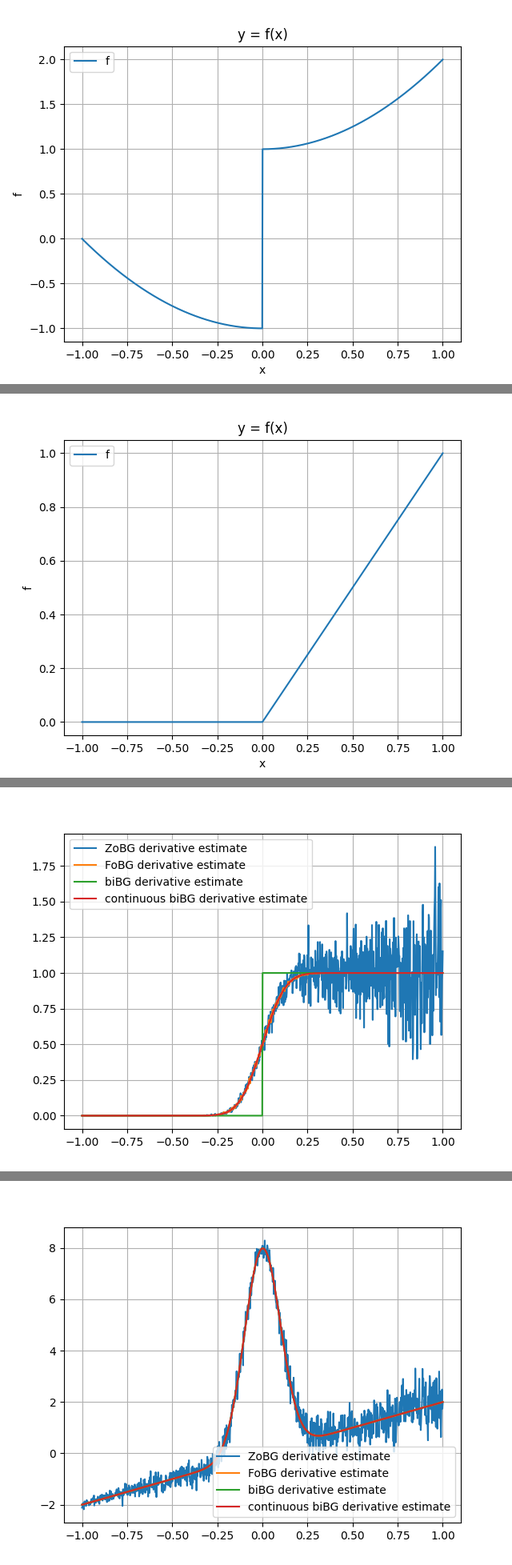
Repository: oomcth/Gradient-smoothing
Script's output: python test.py
An editor plug-in stored every save of this project. The script's output is shown before and after the next save, followed by the edit.
The pictures are shown at 80% of full size.
Each picture stacks the figures in order, with grey between them; figures that are only written to a file come last. Random numbers start from a fixed seed.

Above is the script's output before, as saved 2025-11-23 12:40:38.

### test.py
import numpy as np
import matplotlib.pyplot as plt
from scipy.stats import norm

rng = np.random.default_rng()
sigma = 0.1
t = 0.1
M = 1000


def coulomb_friction(x):
    return x**2 + (-1 if x < 0 else 1)


def smoothed_coulomb_friction(x, t):
    assert t > 0
    return x**2 + (-1 if x < -t / 2 else 1 if x > t / 2 else 2 * x / t)


def ReLU(x):
    return np.maximum(x, 0)


def visualize(f):
    xs = np.linspace(-1, 1, 1000)
    y = np.array([f(x) for x in xs])

    plt.plot(xs, y, label="f")

    plt.legend()
    plt.xlabel("x")
    plt.ylabel("f")
    plt.title("y = f(x)")
    plt.grid(True)
    plt.show()


def gaussian_pdf(x, mu=0.0, sigma=1.0):
    return 1.0 / (np.sqrt(2 * np.pi) * sigma) * np.exp(-0.5 * ((x - mu) / sigma) ** 2)


def gaussian_cdf(x, mu=0.0, sigma=1.0):
    return norm.cdf(x, loc=mu, scale=sigma)


def zo_gradient(f, x, M=100):
    x = np.array([x], dtype=np.float64)
    omegas = np.random.normal(loc=0, scale=sigma, size=M)
    xs = x + omegas
    fx = np.array([f(xi) for xi in xs])
    glp = -omegas / (sigma**2)
    return -(fx * glp).sum(axis=0) / M


def fo_gradient(f, x, M=100):
    x = np.array([x], dtype=np.float64)
    omegas = np.random.normal(loc=0, scale=sigma, size=M)
    xs = x + omegas
    if f == coulomb_friction:
        grads = 2 * xs
        return grads.mean() + 2 * gaussian_pdf(-x, mu=0, sigma=sigma)
    elif f == ReLU:
        grads = xs >= 0
        return grads.mean()


def bi_gradient(f, x, M=100):
    x = np.array([x], dtype=np.float64)
    if f == coulomb_friction:
        grads = 2 * x
        return grads.mean() + 2 * gaussian_pdf(-x, mu=0, sigma=sigma)
    elif f == ReLU:
        grads = x >= 0
        return grads.mean()


def continuous_bi_gradient(f, x, M=100):
    x = np.array([x], dtype=np.float64)
    if f == coulomb_friction:
        grads = 2 * x
        return grads.mean() + 2 * gaussian_pdf(-x, mu=0, sigma=sigma)
    elif f == ReLU:
        grads = gaussian_cdf(x, 0, sigma)
        return grads.mean()


def visualize_derivatives(f, M=100):
    xs = np.linspace(-1, 1, 1000)

    y1 = np.array([zo_gradient(f, x, M) for x in xs])
    y2 = np.array([fo_gradient(f, x, M) for x in xs])
    y3 = np.array([bi_gradient(f, x, M) for x in xs])
    y4 = np.array([continuous_bi_gradient(f, x, M) for x in xs])

    plt.plot(xs, y1, label="ZoBG derivative estimate")
    plt.plot(xs, y2, label="FoBG derivative estimate")
    plt.plot(xs, y3, label="biBG derivative estimate")
    plt.plot(xs, y4, label="continuous biBG derivative estimate")
    plt.legend()
    plt.grid(True)
    plt.show()


visualize(coulomb_friction)
visualize(ReLU)
visualize_derivatives(ReLU, M)
visualize_derivatives(coulomb_friction, M)

After the next save:
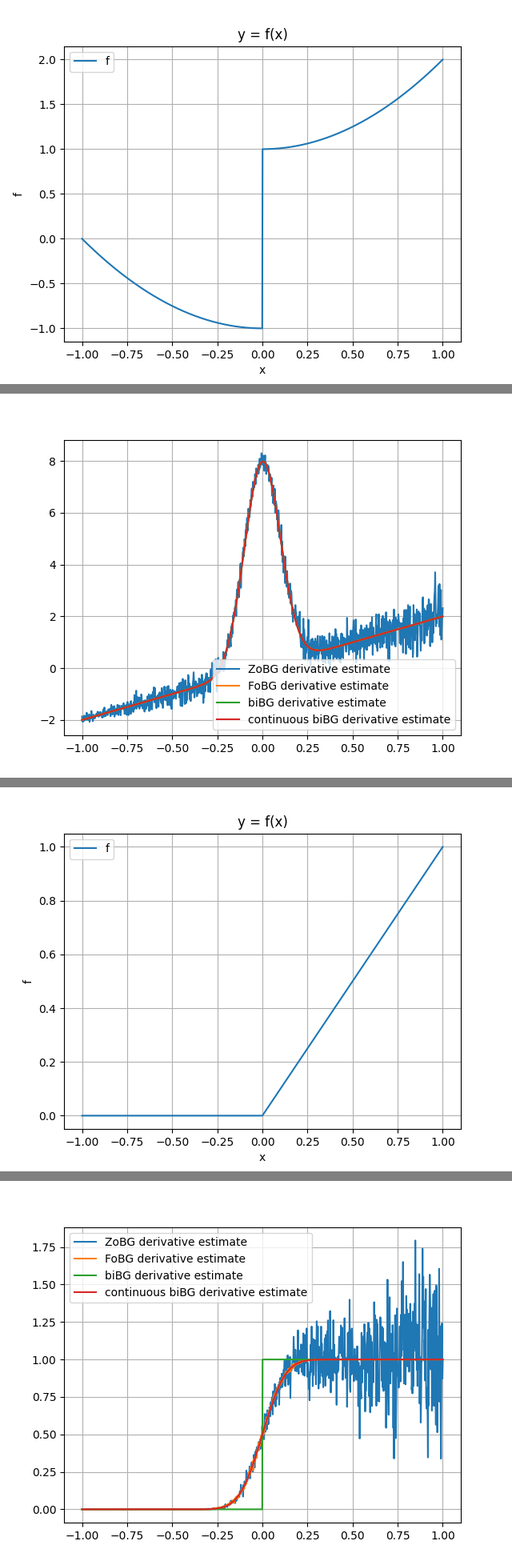
Saved 22 s later.
--- a/test.py
+++ b/test.py
@@ -102,6 +102,6 @@ def visualize_derivatives(f, M=100):
 
 
 visualize(coulomb_friction)
+visualize_derivatives(coulomb_friction, M)
 visualize(ReLU)
 visualize_derivatives(ReLU, M)
-visualize_derivatives(coulomb_friction, M)
